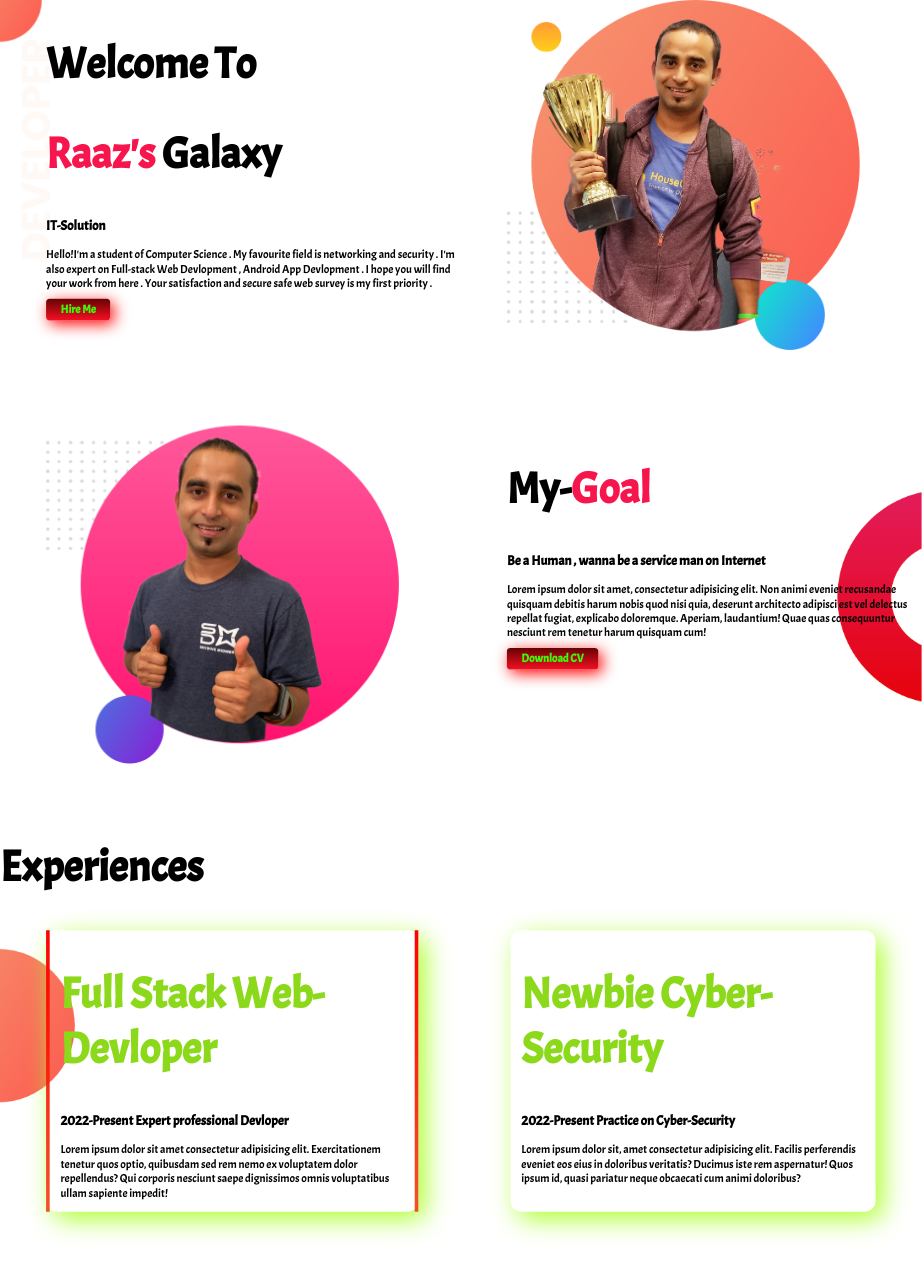
Repository: ramizraaz/my-portfolio
Page: about.html
These files come from the project's save history. The page is drawn as it stood at one moment and after the next save; the edit follows.
The browser window is 1280 px wide. The pictures show the whole page, at 72% of full size.

Above is the page before, as saved 2022-01-18 16:28:35.

### about.html
<!DOCTYPE html>
<html lang="en">

<head>
    <meta charset="UTF-8">
    <meta http-equiv="X-UA-Compatible" content="IE=edge">
    <meta name="viewport" content="width=device-width, initial-scale=1.0">
    <title>Raaz Portfolio</title>
    <link rel="preconnect" href="https://fonts.googleapis.com">
    <link rel="preconnect" href="https://fonts.gstatic.com" crossorigin>
    <link href="https://fonts.googleapis.com/css2?family=Acme&family=Lobster&family=Permanent+Marker&display=swap" rel="stylesheet">
    <link rel="stylesheet" href="design.css">
</head>

<body>
    <section class="top flex-container">
        <div class="content">
            <h1>Welcome To</h1>
            <h1><span> Raaz's </span>Galaxy</h1>
            <h3>IT-Solution</h3>
            <p>Hello!I'm a student of Computer Science . My favourite field is networking and security . I'm also expert on Full-stack Web Devlopment , Android App Devlopment . I hope you will find your work from here . Your satisfaction and secure safe
                web survey is my first priority .</p>
            <a class="link-button" href="" target="_blank">Hire Me</a>
        </div>
        <div class="content">
            <img src="images/jhankar.png" alt="Personal Profile">
        </div>
    </section>
    <section class="middle flex-container">
        <div class="content">
            <img src="images/jhankar2.png" alt="Personal Profile">
        </div>
        <div class="content">
            <h1>My-<span id="middHeadder">Goal</span></h1>
            <h3>Be a Human , wanna be a service man on Internet</h3>
            <p>Lorem ipsum dolor sit amet, consectetur adipisicing elit. Non animi eveniet recusandae quisquam debitis harum nobis quod nisi quia, deserunt architecto adipisci est vel delectus repellat fugiat, explicabo doloremque. Aperiam, laudantium! Quae
                quas consequuntur nesciunt rem tenetur harum quisquam cum!</p>
            <a class="link-button" href="" target="_blank">Download CV</a>
        </div>
    </section>
    <section class="bottom">
        <h1>Experiences</h1>
        <div class="flex-container">
            <div id="web-dev" class="exp-items">
                <h1 class="ex-h-color">Full Stack Web-Devloper</h1>
                <h3>2022-Present Expert professional Devloper</h3>
                <p>Lorem ipsum dolor sit amet consectetur adipisicing elit. Exercitationem tenetur quos optio, quibusdam sed rem nemo ex voluptatem dolor repellendus? Qui corporis nesciunt saepe dignissimos omnis voluptatibus ullam sapiente impedit!</p>
            </div>
            <div class="exp-items">
                <h1 class="ex-h-color">Newbie Cyber-Security </h1>
                <h3>2022-Present Practice on Cyber-Security</h3>
                <p>Lorem ipsum dolor sit, amet consectetur adipisicing elit. Facilis perferendis eveniet eos eius in doloribus veritatis? Ducimus iste rem aspernatur! Quos ipsum id, quasi pariatur neque obcaecati cum animi doloribus?</p>
            </div>
        </div>
    </section>
</body>

</html>

### design.css
body {
    font-family: 'Acme', sans-serif;
    margin: 0;
}

h1 {
    font-size: 60px;
}

span {
    color: rgb(247, 21, 77);
}

.flex-container {
    display: flex;
    /* Using this attribute for show photo and content flexible left right part */
    margin-bottom: 100px;
}

.content {
    width: 50%;
    /*to make 2 div 50//50 size*/
    padding-left: 5%;
}

.content img {
    width: 85%;
    /*adjusting image*/
}

.link-button {
    text-decoration: none;
    background-image: linear-gradient(rgb(102, 3, 3), #f50f22);
    padding: 5px 20px;
    border-radius: 5px;
    font-weight: 800;
    color: rgb(63, 247, 7);
    box-shadow: 5px 5px 20px red;
}

.top {
    background-image: url(images/top-banner.png);
    background-repeat: no-repeat;
}

.middle {
    background-image: url(images/dream-bg.png);
    background-repeat: no-repeat;
    background-position: right;
}

.middHeadder {
    color: crimson;
}

.ex-h-color {
    color: rgb(140, 216, 27);
}

.bottom {
    background-image: url(images/exp-bg.png);
    background-repeat: no-repeat;
    background-position: left;
}

.exp-items {
    width: 40%;
    margin-left: 5%;
    margin-right: 5%;
    padding-left: 15px;
    border-radius: 15px;
    box-shadow: 10px 10px 35px greenyellow;
}

#web-dev {
    border-left: 5px solid;
    border-right: 5px solid;
    border-image: linear-gradient(red, rgba(241, 66, 22, 0.911));
    border-image-slice: 1 4;
}

After the next save:
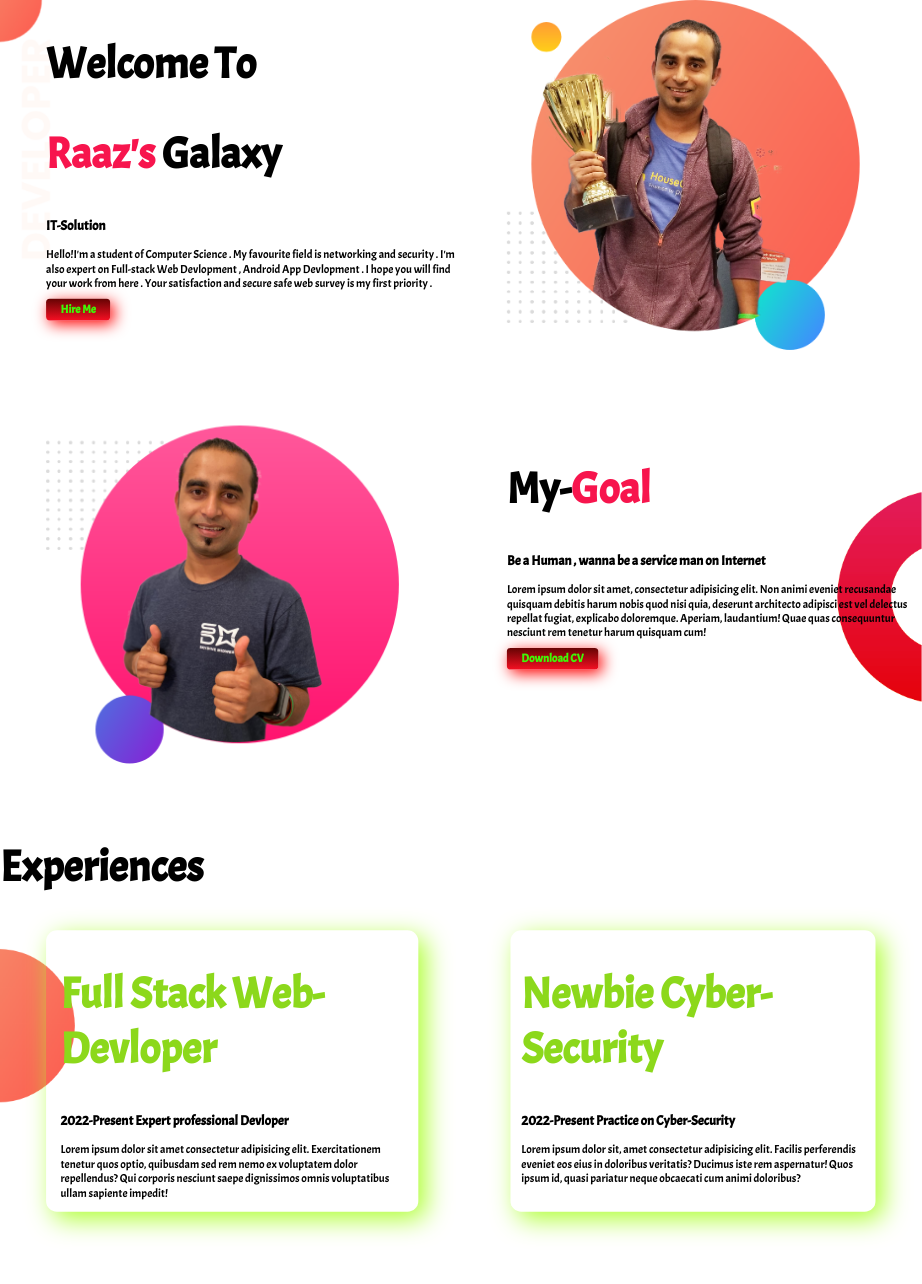
Saved 13 s later.
--- a/design.css
+++ b/design.css
@@ -76,5 +76,5 @@
     border-left: 5px solid;
     border-right: 5px solid;
     border-image: linear-gradient(red, rgba(241, 66, 22, 0.911));
-    border-image-slice: 1 4;
+    border-image-slice: ;
 }

After the save that followed:
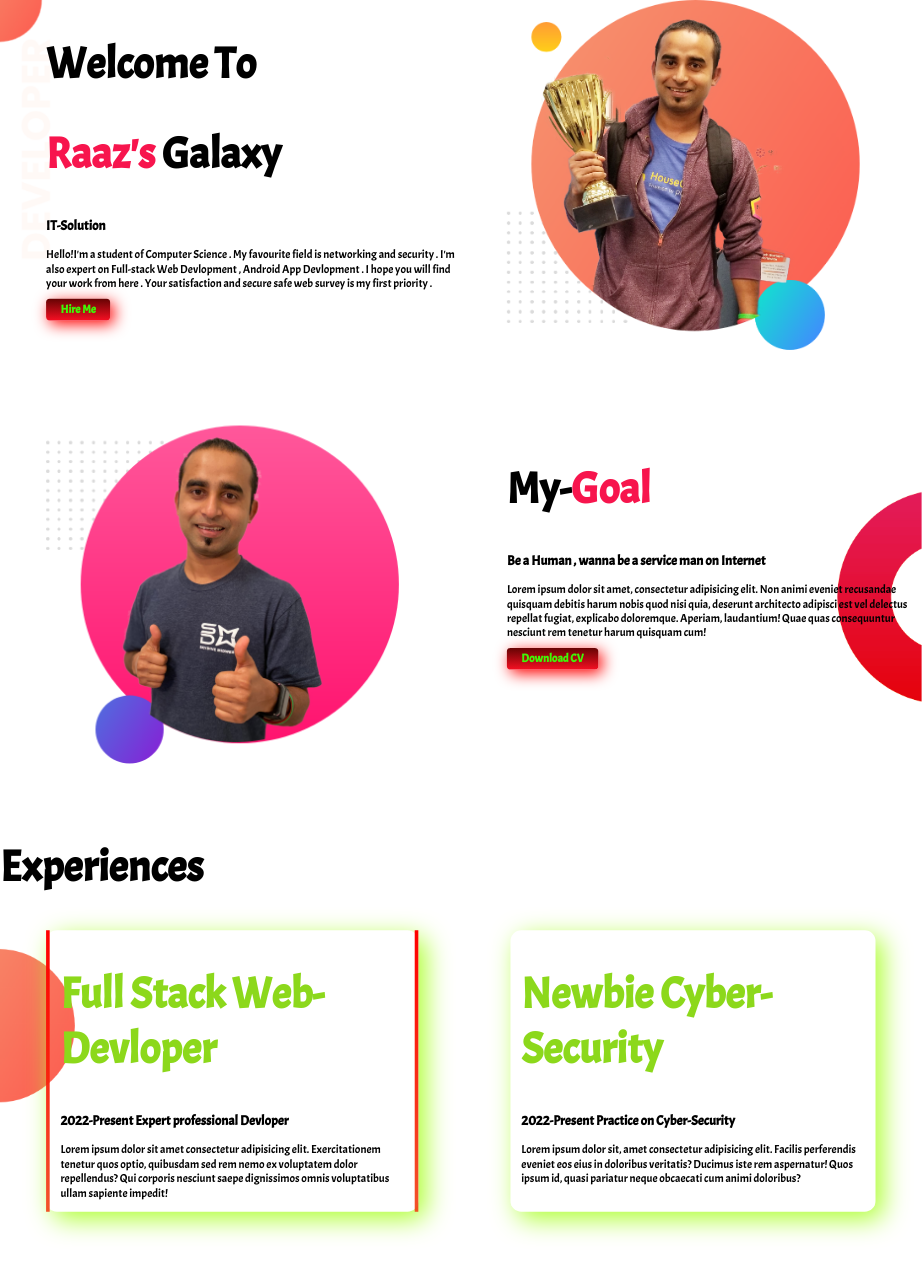
Saved 5 s later.
--- a/design.css
+++ b/design.css
@@ -76,5 +76,5 @@
     border-left: 5px solid;
     border-right: 5px solid;
     border-image: linear-gradient(red, rgba(241, 66, 22, 0.911));
-    border-image-slice: ;
+    border-image-slice: 2;
 }
